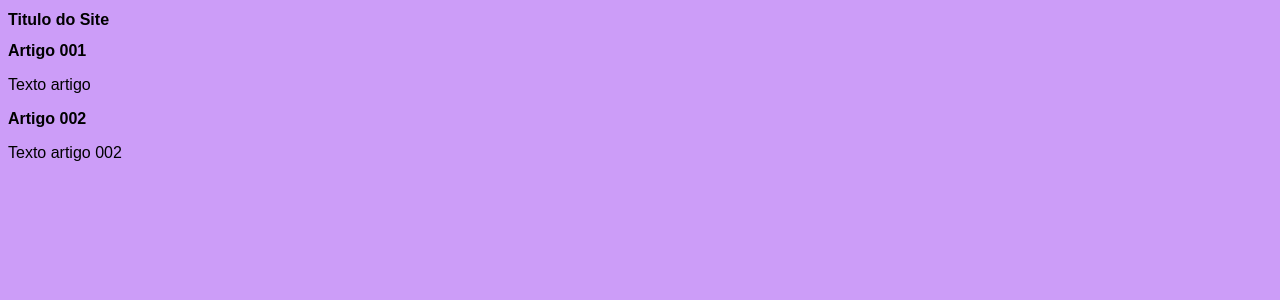
Repository: robertacristinaabreu01/projeto-siteGitHub
Page: index.html
The author's editor kept a copy of each file at every save. The page is drawn from the files as they stood at one save, then again after a run of saves.
The browser window is 1280 px wide. The pictures show the whole page.

Above is the page before, as saved 2021-01-23 21:49:12.

After the next 2 saves:
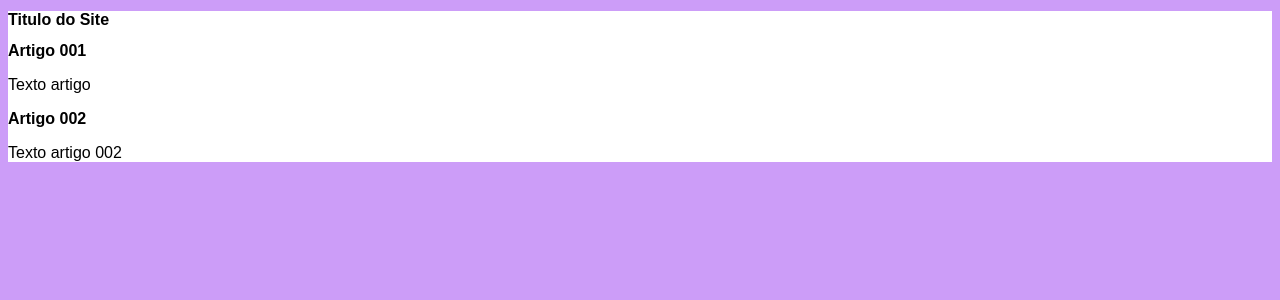
The 2 saves are shown as one change because they came seconds apart.
The last was saved 8 s later.
--- a/estilos/style.css
+++ b/estilos/style.css
@@ -10,5 +10,6 @@ body{
 
 main{
 
-background
+background-color:white;
+wid
 }
